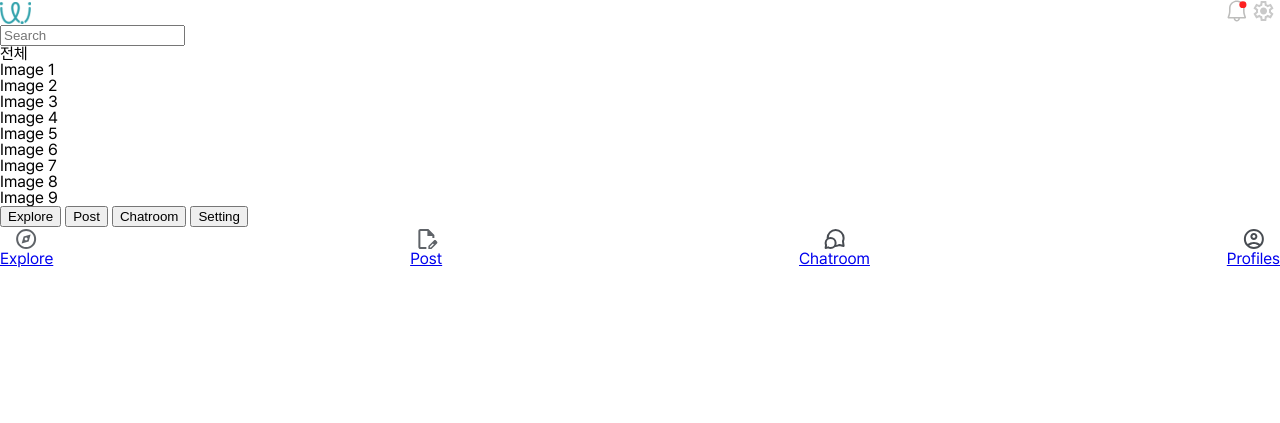
Repository: makeditWeb/trip_app
Page: tripApp/pages/index.html
These files come from the project's save history. The page is drawn as it stood at one moment and after the next save; the edit follows.
The browser window is 1280 px wide. The pictures show the whole page.
The style sheet was rebuilt from its Sass, Less or Tailwind sources for each picture, by a compiler version that may differ from the author's.

Above is the page before, as saved 2024-12-24 22:10:25.
Console error: TypeError: Cannot read properties of null (reading 'addEventListener')

### tripApp/pages/index.html
<!DOCTYPE html>
<html lang="en">
<head>
    <meta charset="UTF-8">
    <meta name="viewport" content="width=device-width, initial-scale=1.0">
    <title>Trip APP</title>

    <link rel="stylesheet" href="../assets/css/reset.css">
    <link rel="stylesheet" href="../assets/css/style.css">


    <script src="../assets/js/layout.js"></script>
</head>
<body>
    <div class="app">


        <!-- 검색창 (맵 위에 위치) -->
        <div class="search-bar">
            <input type="text" placeholder="Search" class="search-input">
        </div>

        <!-- 바텀시트 -->
        <div class="bottom-sheet" id="bottomSheet">
            <div class="handle-bar" id="handleBar">
                <div class="handle"></div>
            </div>
            <div class="sheet-content">
                <h2 class="title">전체</h2>
                <div class="image-grid">
                    <div class="image-item">Image 1</div>
                    <div class="image-item">Image 2</div>
                    <div class="image-item">Image 3</div>
                    <div class="image-item">Image 4</div>
                    <div class="image-item">Image 5</div>
                    <div class="image-item">Image 6</div>
                    <div class="image-item">Image 7</div>
                    <div class="image-item">Image 8</div>
                    <div class="image-item">Image 9</div>
                </div>
            </div>
            <div class="bottom-nav">
                <button class="active">Explore</button>
                <button>Post</button>
                <button>Chatroom</button>
                <button>Setting</button>
            </div>
        </div>
    </div>

    <script src="../assets/js/common.js"></script>
</body>
</html>

### tripApp/assets/js/common.js
class NotificationBell {
    constructor() {
        this.bellElement = document.querySelector('.notification-bell');
        this.bindEvents();
        this.checkNotifications();
    }

    bindEvents() {
        // 알림 클릭 이벤트
        this.bellElement.addEventListener('click', () => {
            this.handleNotificationClick();
        });
    }

    // 알림 상태 체크 (서버에서 데이터를 받아온다고 가정)
    async checkNotifications() {
        try {
            // API 호출 예시
            // const response = await fetch('/api/notifications/unread');
            // const { hasUnread } = await response.json();

            // 테스트를 위해 임시로 랜덤하게 알림 상태 설정
            const hasUnread = Math.random() > 0.5;

            this.updateNotificationStatus(hasUnread);
        } catch (error) {
            console.error('Failed to check notifications:', error);
        }
    }

    // 알림 상태 업데이트
    updateNotificationStatus(hasNotification) {
        if (hasNotification) {
            this.bellElement.classList.add('has-notification');
        } else {
            this.bellElement.classList.remove('has-notification');
        }
    }

    // 알림 클릭 처리
    handleNotificationClick() {
        // 알림 목록 표시 로직
        console.log('Notification clicked');
        // 알림을 확인했으므로 빨간 점 제거
        this.updateNotificationStatus(false);
    }
}

// 초기화
document.addEventListener('DOMContentLoaded', () => {
    new NotificationBell();
});



// main
document.addEventListener('DOMContentLoaded', () => {
    const bottomSheet = document.querySelector('.bottom-sheet');
    let startY;
    let currentTranslate = 80; // 초기 위치 (80%)

    const handleTouchStart = (e) => {
      startY = e.touches[0].clientY;
      bottomSheet.style.transition = 'none';
    };

    const handleTouchMove = (e) => {
      if (!startY) return;

      const deltaY = e.touches[0].clientY - startY;
      const newTranslate = currentTranslate + (deltaY / window.innerHeight * 100);

      if (newTranslate >= 20 && newTranslate <= 80) {
        bottomSheet.style.transform = `translateY(${newTranslate}%)`;
      }
    };

    const handleTouchEnd = () => {
      bottomSheet.style.transition = 'transform 0.3s ease-out';
      const currentY = parseInt(bottomSheet.style.transform.replace('translateY(', ''));

      if (currentY < 50) {
        bottomSheet.style.transform = 'translateY(20%)';
        currentTranslate = 20;
      } else {
        bottomSheet.style.transform = 'translateY(80%)';
        currentTranslate = 80;
      }

      startY = null;
    };

    bottomSheet.addEventListener('touchstart', handleTouchStart);
    bottomSheet.addEventListener('touchmove', handleTouchMove);
    bottomSheet.addEventListener('touchend', handleTouchEnd);
  });

### tripApp/pages/layout/common_layout.html
<!DOCTYPE html>
<html lang="en">
<head>
    <meta charset="UTF-8">
    <meta name="viewport" content="width=device-width, initial-scale=1.0">
    <title>Trip APP</title>

    <link rel="stylesheet" href="../assets/css/reset.css">
    <link rel="stylesheet" href="../assets/css/style.css">
</head>
<body>

</body>
<div class="app">
    <!-- Common Header -->
    <header class="header">
        <div class="header__inner flex-center-between">
            <img src="../../assets/images/header_logo.svg" alt="logo" class="logo">
            <div class="header__right flex-center">
                <div class="notification-bell">
                    <svg xmlns="http://www.w3.org/2000/svg" width="20" height="22" viewBox="0 0 20 22" fill="none">
                        <path d="M18.2069 14.8604C17.812 13.7083 17.6103 12.5032 17.6091 11.2901V8.2929C17.6378 6.39372 16.9327 4.55179 15.63 3.12347C14.3319 1.69289 12.5301 0.773058 10.57 0.540249C9.48686 0.43224 8.38496 0.540249 7.33924 0.880778C6.29353 1.2033 5.34146 1.74185 4.53922 2.46041C3.73299 3.16044 3.09038 4.01685 2.65382 4.97312C2.21508 5.92902 1.98608 6.9616 1.98113 8.00637V11.3067C1.97884 12.5147 1.77707 13.7147 1.38335 14.8619L0.450012 17.5157L1.19762 18.5028H6.66811C6.66811 19.2918 7.00368 20.0629 7.58272 20.6209C8.16021 21.176 8.964 21.5 9.78653 21.5C10.6075 21.5 11.4097 21.1775 11.9888 20.6209C12.5678 20.0644 12.9049 19.2918 12.9049 18.5028H18.3754L19.1215 17.5157L18.2069 14.8604ZM10.8869 19.5813C10.7433 19.7221 10.5721 19.8342 10.3833 19.9112C10.1945 19.9882 9.99164 20.0285 9.78653 20.0299C9.58104 20.0285 9.37787 19.988 9.18874 19.9108C8.99962 19.8336 8.82828 19.7211 8.68463 19.5798C8.53787 19.4419 8.42095 19.2775 8.34059 19.096C8.26023 18.9145 8.21802 18.7195 8.21639 18.5223H11.3364C11.3429 18.7191 11.3064 18.915 11.2292 19.0974C11.1521 19.2799 11.036 19.4447 10.8884 19.5813H10.8869ZM2.27923 17.0161L2.85828 15.345C3.30983 14.0431 3.54321 12.6805 3.5497 11.3081V8.00637C3.5497 7.1618 3.73699 6.33673 4.09128 5.58217C4.44558 4.81111 4.94971 4.12855 5.60367 3.572C6.25763 2.99895 7.02397 2.56692 7.84493 2.3164C8.68463 2.04638 9.56178 1.95637 10.4202 2.04638C11.9935 2.24521 13.4359 2.9926 14.4735 4.14655C15.5114 5.30193 16.0694 6.78471 16.0405 8.3109V11.3262C16.0405 12.6898 16.2653 14.0534 16.7319 15.363L17.311 17.0326H2.28079V17.0146L2.27923 17.0161Z" fill="#BDBDBC"/>
                        <ellipse class="notification-dot" cx="15.8909" cy="4.69484" rx="3.55908" ry="3.3871" fill="#FD2121"/>
                    </svg>
                </div>
                <button class="non-btn btn-settings">
                    <img src="../../assets/images/settings.svg" alt="settings">
                </button>
            </div>
        </div>
    </header>

    <!-- Dynamic Content Area -->
    <main class="main" id="mainContent">
        <!-- Content will be injected here -->
    </main>

    <!-- Common Bottom Navigation -->
    <nav class="bottom-nav">
        <div class="bottom-nav__inner flex-center-between">
            <a href="/" class="bottom-nav__item flex-col-center active">
                <svg xmlns="http://www.w3.org/2000/svg" width="25" height="24" viewBox="0 0 25 24" fill="none">
                    <path d="M7.625 16.5L14.625 14.5L16.625 7.5L9.625 9.5L7.625 16.5ZM12.125 13.5C11.7083 13.5 11.3542 13.3542 11.0625 13.0625C10.7708 12.7708 10.625 12.4167 10.625 12C10.625 11.5833 10.7708 11.2292 11.0625 10.9375C11.3542 10.6458 11.7083 10.5 12.125 10.5C12.5417 10.5 12.8958 10.6458 13.1875 10.9375C13.4792 11.2292 13.625 11.5833 13.625 12C13.625 12.4167 13.4792 12.7708 13.1875 13.0625C12.8958 13.3542 12.5417 13.5 12.125 13.5ZM12.125 22C10.7417 22 9.44167 21.7375 8.225 21.2125C7.00833 20.6875 5.95 19.975 5.05 19.075C4.15 18.175 3.4375 17.1167 2.9125 15.9C2.3875 14.6833 2.125 13.3833 2.125 12C2.125 10.6167 2.3875 9.31667 2.9125 8.1C3.4375 6.88333 4.15 5.825 5.05 4.925C5.95 4.025 7.00833 3.3125 8.225 2.7875C9.44167 2.2625 10.7417 2 12.125 2C13.5083 2 14.8083 2.2625 16.025 2.7875C17.2417 3.3125 18.3 4.025 19.2 4.925C20.1 5.825 20.8125 6.88333 21.3375 8.1C21.8625 9.31667 22.125 10.6167 22.125 12C22.125 13.3833 21.8625 14.6833 21.3375 15.9C20.8125 17.1167 20.1 18.175 19.2 19.075C18.3 19.975 17.2417 20.6875 16.025 21.2125C14.8083 21.7375 13.5083 22 12.125 22ZM12.125 20C14.3417 20 16.2292 19.2208 17.7875 17.6625C19.3458 16.1042 20.125 14.2167 20.125 12C20.125 9.78333 19.3458 7.89583 17.7875 6.3375C16.2292 4.77917 14.3417 4 12.125 4C9.90833 4 8.02083 4.77917 6.4625 6.3375C4.90417 7.89583 4.125 9.78333 4.125 12C4.125 14.2167 4.90417 16.1042 6.4625 17.6625C8.02083 19.2208 9.90833 20 12.125 20Z" fill="#5F6368"/>
                </svg>
                <span>Explore</span>
            </a>
            <a href="/post" class="bottom-nav__item flex-col-center">
                <svg xmlns="http://www.w3.org/2000/svg" width="25" height="24" viewBox="0 0 25 24" fill="none">
                    <path d="M14.375 22V18.925L19.9 13.425C20.05 13.275 20.2167 13.1667 20.4 13.1C20.5833 13.0333 20.7667 13 20.95 13C21.15 13 21.3417 13.0375 21.525 13.1125C21.7083 13.1875 21.875 13.3 22.025 13.45L22.95 14.375C23.0833 14.525 23.1875 14.6917 23.2625 14.875C23.3375 15.0583 23.375 15.2417 23.375 15.425C23.375 15.6083 23.3417 15.7958 23.275 15.9875C23.2083 16.1792 23.1 16.35 22.95 16.5L17.45 22H14.375ZM15.875 20.5H16.825L19.85 17.45L19.4 16.975L18.925 16.525L15.875 19.55V20.5ZM6.375 22C5.825 22 5.35417 21.8042 4.9625 21.4125C4.57083 21.0208 4.375 20.55 4.375 20V4C4.375 3.45 4.57083 2.97917 4.9625 2.5875C5.35417 2.19583 5.825 2 6.375 2H14.375L20.375 8V11H18.375V9H13.375V4H6.375V20H12.375V22H6.375ZM19.4 16.975L18.925 16.525L19.85 17.45L19.4 16.975Z" fill="#5F6368"/>
                </svg>
                <span>Post</span>
            </a>
            <a href="/chatroom" class="bottom-nav__item flex-col-center">
                <svg xmlns="http://www.w3.org/2000/svg" width="25" height="24" viewBox="0 0 25 24" fill="none">
                    <path d="M5.62483 11C5.62483 6.58172 9.20625 3 13.6242 3C18.0421 3 21.6235 6.58172 21.6235 11C21.6235 12.15 21.3808 13.2434 20.944 14.2316L21.625 18.9992L17.5396 17.9778C16.3822 18.6287 15.0465 19 13.6242 19M3.62595 16C3.62595 16.7188 3.77758 17.4021 4.0506 18.0198L3.625 20.9995L6.17815 20.3611C6.90143 20.768 7.73615 21 8.62505 21C11.386 21 13.6242 18.7614 13.6242 16C13.6242 13.2386 11.386 11 8.62505 11C5.86412 11 3.62595 13.2386 3.62595 16Z" stroke="#484C52" stroke-width="2" stroke-linecap="round" stroke-linejoin="round"/>
                </svg>
                <span>Chatroom</span>
            </a>
            <a href="/profiles" class="bottom-nav__item flex-col-center">
                <svg xmlns="http://www.w3.org/2000/svg" width="25" height="24" viewBox="0 0 25 24" fill="none">
                    <path d="M6.725 17.1C7.575 16.45 8.525 15.9375 9.575 15.5625C10.625 15.1875 11.725 15 12.875 15C14.025 15 15.125 15.1875 16.175 15.5625C17.225 15.9375 18.175 16.45 19.025 17.1C19.6083 16.4167 20.0625 15.6417 20.3875 14.775C20.7125 13.9083 20.875 12.9833 20.875 12C20.875 9.78333 20.0958 7.89583 18.5375 6.3375C16.9792 4.77917 15.0917 4 12.875 4C10.6583 4 8.77083 4.77917 7.2125 6.3375C5.65417 7.89583 4.875 9.78333 4.875 12C4.875 12.9833 5.0375 13.9083 5.3625 14.775C5.6875 15.6417 6.14167 16.4167 6.725 17.1ZM12.875 13C11.8917 13 11.0625 12.6625 10.3875 11.9875C9.7125 11.3125 9.375 10.4833 9.375 9.5C9.375 8.51667 9.7125 7.6875 10.3875 7.0125C11.0625 6.3375 11.8917 6 12.875 6C13.8583 6 14.6875 6.3375 15.3625 7.0125C16.0375 7.6875 16.375 8.51667 16.375 9.5C16.375 10.4833 16.0375 11.3125 15.3625 11.9875C14.6875 12.6625 13.8583 13 12.875 13ZM12.875 22C11.4917 22 10.1917 21.7375 8.975 21.2125C7.75833 20.6875 6.7 19.975 5.8 19.075C4.9 18.175 4.1875 17.1167 3.6625 15.9C3.1375 14.6833 2.875 13.3833 2.875 12C2.875 10.6167 3.1375 9.31667 3.6625 8.1C4.1875 6.88333 4.9 5.825 5.8 4.925C6.7 4.025 7.75833 3.3125 8.975 2.7875C10.1917 2.2625 11.4917 2 12.875 2C14.2583 2 15.5583 2.2625 16.775 2.7875C17.9917 3.3125 19.05 4.025 19.95 4.925C20.85 5.825 21.5625 6.88333 22.0875 8.1C22.6125 9.31667 22.875 10.6167 22.875 12C22.875 13.3833 22.6125 14.6833 22.0875 15.9C21.5625 17.1167 20.85 18.175 19.95 19.075C19.05 19.975 17.9917 20.6875 16.775 21.2125C15.5583 21.7375 14.2583 22 12.875 22ZM12.875 20C13.7583 20 14.5917 19.8708 15.375 19.6125C16.1583 19.3542 16.875 18.9833 17.525 18.5C16.875 18.0167 16.1583 17.6458 15.375 17.3875C14.5917 17.1292 13.7583 17 12.875 17C11.9917 17 11.1583 17.1292 10.375 17.3875C9.59167 17.6458 8.875 18.0167 8.225 18.5C8.875 18.9833 9.59167 19.3542 10.375 19.6125C11.1583 19.8708 11.9917 20 12.875 20ZM12.875 11C13.3083 11 13.6667 10.8583 13.95 10.575C14.2333 10.2917 14.375 9.93333 14.375 9.5C14.375 9.06667 14.2333 8.70833 13.95 8.425C13.6667 8.14167 13.3083 8 12.875 8C12.4417 8 12.0833 8.14167 11.8 8.425C11.5167 8.70833 11.375 9.06667 11.375 9.5C11.375 9.93333 11.5167 10.2917 11.8 10.575C12.0833 10.8583 12.4417 11 12.875 11Z" fill="#484C52"/>
                </svg>
                <span>Profiles</span>
            </a>
        </div>
    </nav>
</div>
    <script src="../../assets/js/layout.js"></script>
</html>

Loaded but not shown: tripApp/assets/css/reset.css (common file); tripApp/assets/js/layout.js (70 lines, source omitted); tripApp/assets/css/style.scss (1092 lines, source omitted)

After the next save:
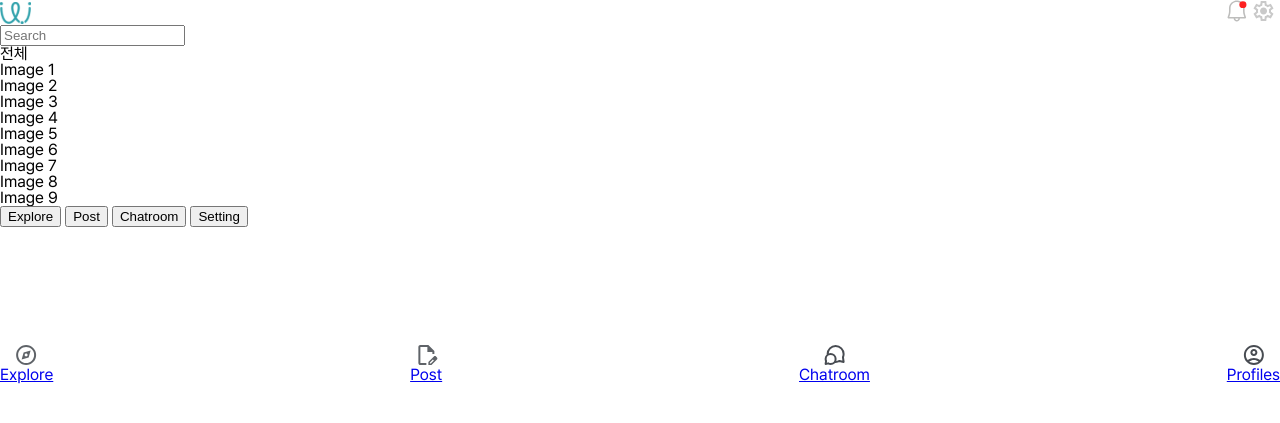
Saved 23 s later.
--- a/tripApp/assets/js/common.js
+++ b/tripApp/assets/js/common.js
@@ -54,43 +54,92 @@ document.addEventListener('DOMContentLoaded', () => {
 
 
 // main
-document.addEventListener('DOMContentLoaded', () => {
-    const bottomSheet = document.querySelector('.bottom-sheet');
-    let startY;
-    let currentTranslate = 80; // 초기 위치 (80%)
+const bottomSheet = document.getElementById('bottomSheet');
+const handleBar = document.getElementById('handleBar');
+let startY;
+let startHeight;
+let isDragging = false;
 
-    const handleTouchStart = (e) => {
-      startY = e.touches[0].clientY;
-      bottomSheet.style.transition = 'none';
-    };
+// 정확한 위치값 설정
+const BOTTOM_NAV_HEIGHT = 60;
+const SHEET_POSITIONS = {
+    EXPANDED: 80,  // 최대 확장 높이
+    DEFAULT: 45,   // 기본 높이
+    COLLAPSED: 15  // 최소 높이
+};
 
-    const handleTouchMove = (e) => {
-      if (!startY) return;
+// 시트의 실제 높이를 계산 (bottom nav 높이 제외)
+function calculateActualHeight(percentage) {
+    return (window.innerHeight - BOTTOM_NAV_HEIGHT) * (percentage / 100);
+}
 
-      const deltaY = e.touches[0].clientY - startY;
-      const newTranslate = currentTranslate + (deltaY / window.innerHeight * 100);
+function setSheetHeight(percentage) {
+    const actualHeight = calculateActualHeight(percentage);
+    bottomSheet.style.height = `${actualHeight}px`;
+}
 
-      if (newTranslate >= 20 && newTranslate <= 80) {
-        bottomSheet.style.transform = `translateY(${newTranslate}%)`;
-      }
-    };
+// 초기 높이 설정
+setSheetHeight(SHEET_POSITIONS.DEFAULT);
 
-    const handleTouchEnd = () => {
-      bottomSheet.style.transition = 'transform 0.3s ease-out';
-      const currentY = parseInt(bottomSheet.style.transform.replace('translateY(', ''));
+handleBar.addEventListener('mousedown', startDragging);
+handleBar.addEventListener('touchstart', startDragging);
+document.addEventListener('mousemove', drag);
+document.addEventListener('touchmove', drag);
+document.addEventListener('mouseup', stopDragging);
+document.addEventListener('touchend', stopDragging);
 
-      if (currentY < 50) {
-        bottomSheet.style.transform = 'translateY(20%)';
-        currentTranslate = 20;
-      } else {
-        bottomSheet.style.transform = 'translateY(80%)';
-        currentTranslate = 80;
-      }
+function startDragging(e) {
+    isDragging = true;
+    startY = e.type === 'mousedown' ? e.clientY : e.touches[0].clientY;
+    startHeight = parseInt(getComputedStyle(bottomSheet).height, 10);
 
-      startY = null;
-    };
+    bottomSheet.style.transition = 'none';
+    handleBar.style.cursor = 'grabbing';
+}
 
-    bottomSheet.addEventListener('touchstart', handleTouchStart);
-    bottomSheet.addEventListener('touchmove', handleTouchMove);
-    bottomSheet.addEventListener('touchend', handleTouchEnd);
-  });
+function drag(e) {
+    if (!isDragging) return;
+
+    e.preventDefault();
+    const y = e.type === 'mousemove' ? e.clientY : e.touches[0].clientY;
+    const walk = startY - y;
+    const newHeight = startHeight + walk;
+
+    // 사용 가능한 전체 높이에서의 비율 계산
+    const availableHeight = window.innerHeight - BOTTOM_NAV_HEIGHT;
+    const heightPercentage = (newHeight / availableHeight) * 100;
+
+    // 최소, 최대 높이 제한
+    if (heightPercentage >= SHEET_POSITIONS.COLLAPSED &&
+        heightPercentage <= SHEET_POSITIONS.EXPANDED) {
+        bottomSheet.style.height = `${newHeight}px`;
+    }
+}
+
+function stopDragging() {
+    if (!isDragging) return;
+
+    isDragging = false;
+    handleBar.style.cursor = 'grab';
+    bottomSheet.style.transition = 'height 0.3s ease-out';
+
+    const availableHeight = window.innerHeight - BOTTOM_NAV_HEIGHT;
+    const currentHeight = parseInt(getComputedStyle(bottomSheet).height, 10);
+    const currentPercentage = (currentHeight / availableHeight) * 100;
+
+    // 가장 가까운 위치로 스냅
+    if (currentPercentage < 30) {
+        setSheetHeight(SHEET_POSITIONS.COLLAPSED);
+    } else if (currentPercentage > 60) {
+        setSheetHeight(SHEET_POSITIONS.EXPANDED);
+    } else {
+        setSheetHeight(SHEET_POSITIONS.DEFAULT);
+    }
+}
+
+// 윈도우 리사이즈 시 높이 재계산
+window.addEventListener('resize', () => {
+    const currentPercentage = parseInt(bottomSheet.style.height) /
+        (window.innerHeight - BOTTOM_NAV_HEIGHT) * 100;
+    setSheetHeight(currentPercentage);
+});
